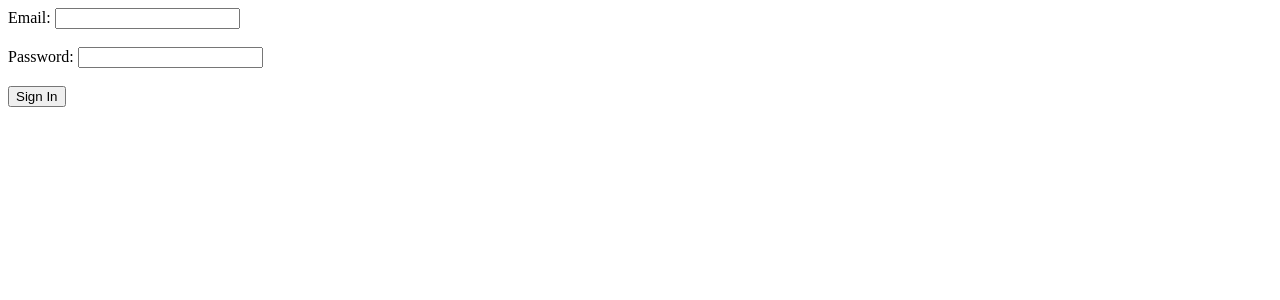
Repository: KD1-80178/WebJava
Page: Assignment_01/src/main/webapp/index.html
These files come from the project's save history. The page is drawn as it stood at one moment and after the next save; the edit follows.
The browser window is 1280 px wide. The pictures show the whole page.

Above is the page before, as saved 2023-12-20 09:41:44.

### Assignment_01/src/main/webapp/index.html
<!DOCTYPE html>
<html>
<head>
<meta charset="ISO-8859-1">
<title>Login</title>
</head>
<body>
	<form method="post" action="login">
	Email: <input type="text" name="email" ><br/><br/>
	Password: <input type="password" name="passwd" ><br/><br/>
	<input type="submit" value="Sign In" />
	<a href="register.html>Sign Up </a>
	</form>
</body>
</html>

After the next save:
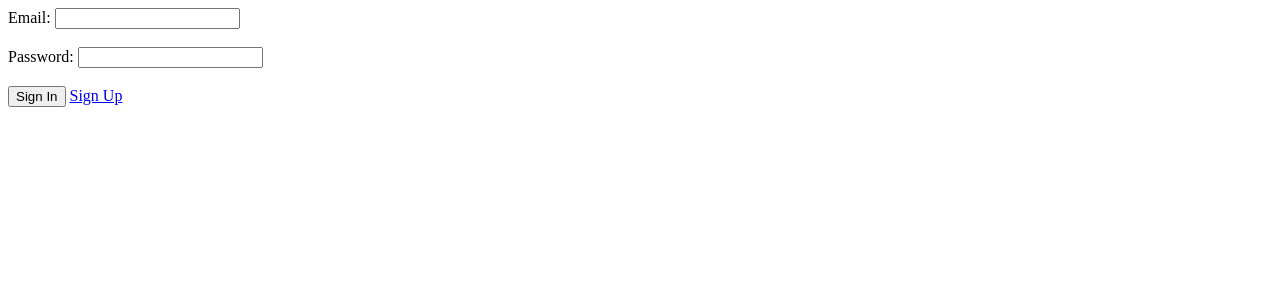
Saved 62 s later.
--- a/Assignment_01/src/main/webapp/index.html
+++ b/Assignment_01/src/main/webapp/index.html
@@ -9,7 +9,7 @@
 	Email: <input type="text" name="email" ><br/><br/>
 	Password: <input type="password" name="passwd" ><br/><br/>
 	<input type="submit" value="Sign In" />
-	<a href="register.html>Sign Up </a>
+	<a href="register.html">Sign Up </a>
 	</form>
 </body>
 </html>
